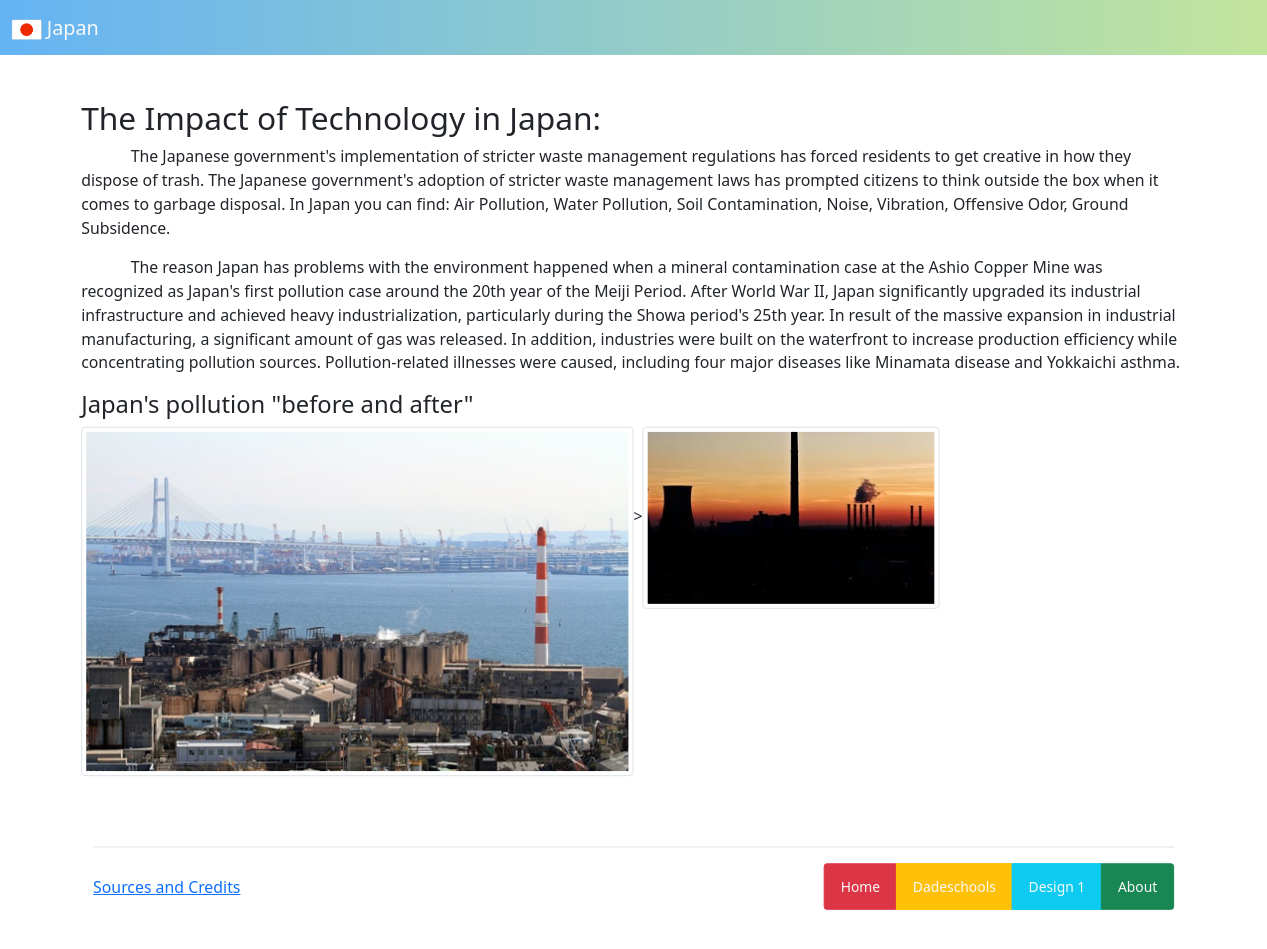
Repository: mrchilliballs/mrchilliballs.github.io
Page: untitled-2.html
The author's editor kept a copy of each file at every save. The page is drawn from the files as they stood at one save, then again after the next save.
The browser window is 1280 px wide. The pictures show the whole page, at 99% of full size.

Above is the page before, as saved 2021-09-02 19:06:33.

### untitled-2.html
<!DOCTYPE html>
<html lang="en">
<head>
    <meta charset="UTF-8">
    <meta http-equiv="X-UA-Compatible" content="IE=edge">
    <!-- CSS only -->
<link href="https://cdn.jsdelivr.net/npm/bootstrap@5.1.0/dist/css/bootstrap.min.css" rel="stylesheet" integrity="sha384-KyZXEAg3QhqLMpG8r+8fhAXLRk2vvoC2f3B09zVXn8CA5QIVfZOJ3BCsw2P0p/We" crossorigin="anonymous">
    <meta name="viewport" content="width=device-width, initial-scale=1.0">
    <title>Document</title>
    <style>
@keyframes AnimationName {
    0%{background-position:0% 50%}
    50%{background-position:100% 50%}
    100%{background-position:0% 50%}
}
#navabr {
    animation: AnimationName 1s ease infinite !important;
    background: #c2e59c;  /* fallback for old browsers */
    background: -webkit-linear-gradient(to right, #64b3f4, #c2e59c);  /* Chrome 10-25, Safari 5.1-6 */
    background: linear-gradient(to right, #64b3f4, #c2e59c); /* W3C, IE 10+/ Edge, Firefox 16+, Chrome 26+, Opera 12+, Safari 7+ */
}
    </style>
</head>
<body>
    <nav class="navbar navbar-light bg-light fixed-top" id="navabr">
        <div class="container-fluid">
          <a class="navbar-brand" href="#">
            <img src="japan.gif" alt="" width="30" height="20 class="d-inline-block align-text-top">
            <span class="text-light">Japan</span>
          </a>
        </div>
      </nav>
    <main class="container">
<h2 style="margin-top: 100px;">The Impact of Technology in Japan:</h2>
	<p style="text-indent: 50px;">The Japanese government's implementation of stricter waste management regulations has forced residents to get creative in how they dispose of trash. The Japanese government's adoption of stricter waste management laws has prompted citizens to think outside the box when it comes to garbage disposal. In Japan you can find: Air Pollution, Water Pollution, Soil Contamination, Noise, Vibration, Offensive Odor, Ground Subsidence.
	<br></p><p style="text-indent: 50px;">The reason Japan has problems with the environment happened when a mineral contamination case at the Ashio Copper Mine was recognized as Japan's first pollution case around the 20th year of the Meiji Period. After World War II, Japan significantly upgraded its industrial infrastructure and achieved heavy industrialization, particularly during the Showa period's 25th year. In result of the massive expansion in industrial manufacturing, a significant amount of gas was released. In addition, industries were built on the waterfront to increase production efficiency while concentrating pollution sources. Pollution-related illnesses were caused, including four major diseases like Minamata disease and Yokkaichi asthma.
    </p>
    <h4>Japan's pollution "before and after"</h4>
    <img src="Picture1.jpg" class="rounded img-thumbnail img-fluid float-start" alt="..." height="50%" width="50%">
    ><img src="Picture2.jpg" class="rounded img-thumbnail img-fluid" alt="..." height="75%">
    <div style="margin-bottom: 15rem;"></div>
        <div class="container">
            <footer class="d-flex flex-wrap justify-content-between align-items-center py-3 my-4 border-top" style="">
              <div class="dropdown">
                <a class="" href="#" role="button" id="dropdownMenuLink" data-bs-toggle="dropdown" aria-expanded="false">
                  Sources and Credits
                </a>

                <ul class="dropdown-menu" aria-labelledby="dropdownMenuLink">
                  <li><a class="dropdown-item" href="https://www.world-weather-travellers-guide.com/air-pollution-in-japan.htm">Source 1</a></li>
                  <li><a class="dropdown-item" href="https://www.nytimes.com/1964/12/26/archives/tokyo-troubled-by-air-pollution-emphasis-in-smog-control-is-still.html">Source 2</a></li>
                  <li><a class="dropdown-item" href="https://creativecommons.org/licenses/by-nc/2.0/s">Source 3</a></li>
                  <li><a class="dropdown-item" href="https://encyclopedia.1914-1918 online.net/article/science_and_technology_japan ">Source 4</a></li>
                  <li><a class="dropdown-item" href="https://en.wikipedia.org/wiki/Tokyo">Source 5</a></li>
                  <li><a class="dropdown-item" href="https://en.wikipedia.org/wiki/Meiji_Restoration ">Source 6</a></li>
                </ul>
              </div>
              <a href="/" class="col-md-4 d-flex align-items-center justify-content-center mb-3 mb-md-0 me-md-auto link-dark text-decoration-none">
                <svg class="bi me-2" width="40" height="32"><use xlink:href="#bootstrap"></use></svg>
              </a>

              <ul class="nav col-md-4 justify-content-end">
                <div class="btn-group" role="group" aria-label="Basic mixed styles example">
                    <button type="button" class="btn btn-danger btn-sm"><li class="nav-item"><a href="#" class="nav-link px-2 text-light">Home</a></li></button>
                    <button type="button" class="btn btn-warning btn-sm"><li class="nav-item"><a href="https://www3.dadeschools.net" class="nav-link px-2 text-light">Dadeschools</a></li></button>
                    <button type="button" class="btn btn-info btn-sm"><li class="nav-item"><a href="index.html" class="nav-link px-2 text-light">Design 1</a></li></button>
                    <button type="button" class="btn btn-success btn-sm"><li class="nav-item"><a class="nav-link px-2 text-light" href="#" role="button" id="dropdownMenuLink" data-bs-toggle="dropdown" aria-expanded="false">About</a><ul class="dropdown-menu" aria-labelledby="dropdownMenuLink1">
                      <li class="dropdown-item">We made this website using the program language "HTML". It took us a lot of work and we hope we get a good grade on this because we did our best on this website.</li>
                    </ul></li>
                    </button>
                  </div>
              </ul>
            </footer>
          </div>
          <!-- JavaScript Bundle with Popper -->
<script src="https://cdn.jsdelivr.net/npm/bootstrap@5.1.0/dist/js/bootstrap.bundle.min.js" integrity="sha384-U1DAWAznBHeqEIlVSCgzq+c9gqGAJn5c/t99JyeKa9xxaYpSvHU5awsuZVVFIhvj" crossorigin="anonymous"></script>
    </main>
</body>
</html>

After the next save:
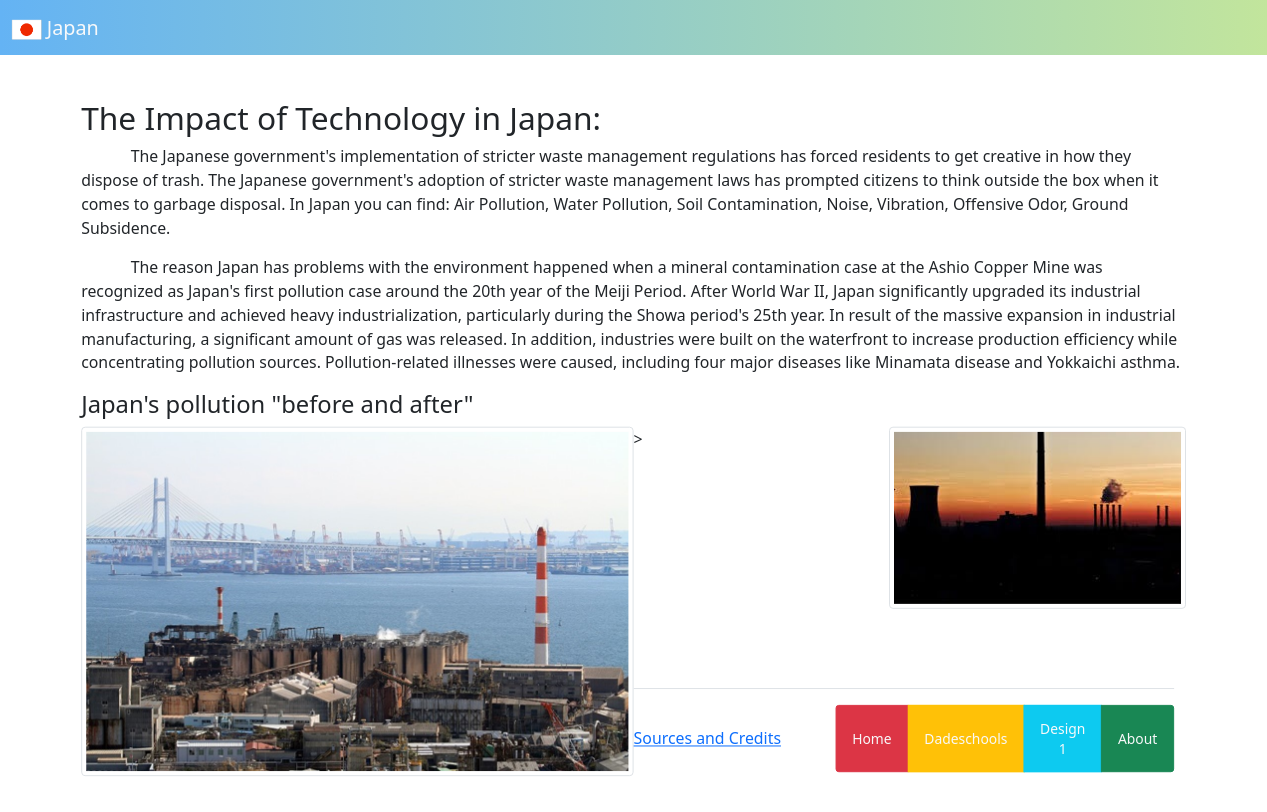
Saved 8 s later.
--- a/untitled-2.html
+++ b/untitled-2.html
@@ -37,7 +37,7 @@
     </p>
     <h4>Japan's pollution "before and after"</h4>
     <img src="Picture1.jpg" class="rounded img-thumbnail img-fluid float-start" alt="..." height="50%" width="50%">
-    ><img src="Picture2.jpg" class="rounded img-thumbnail img-fluid" alt="..." height="75%">
+    ><img src="Picture2.jpg" class="rounded img-thumbnail img-fluid float-end" alt="..." height="75%">
     <div style="margin-bottom: 15rem;"></div>
         <div class="container">
             <footer class="d-flex flex-wrap justify-content-between align-items-center py-3 my-4 border-top" style="">
